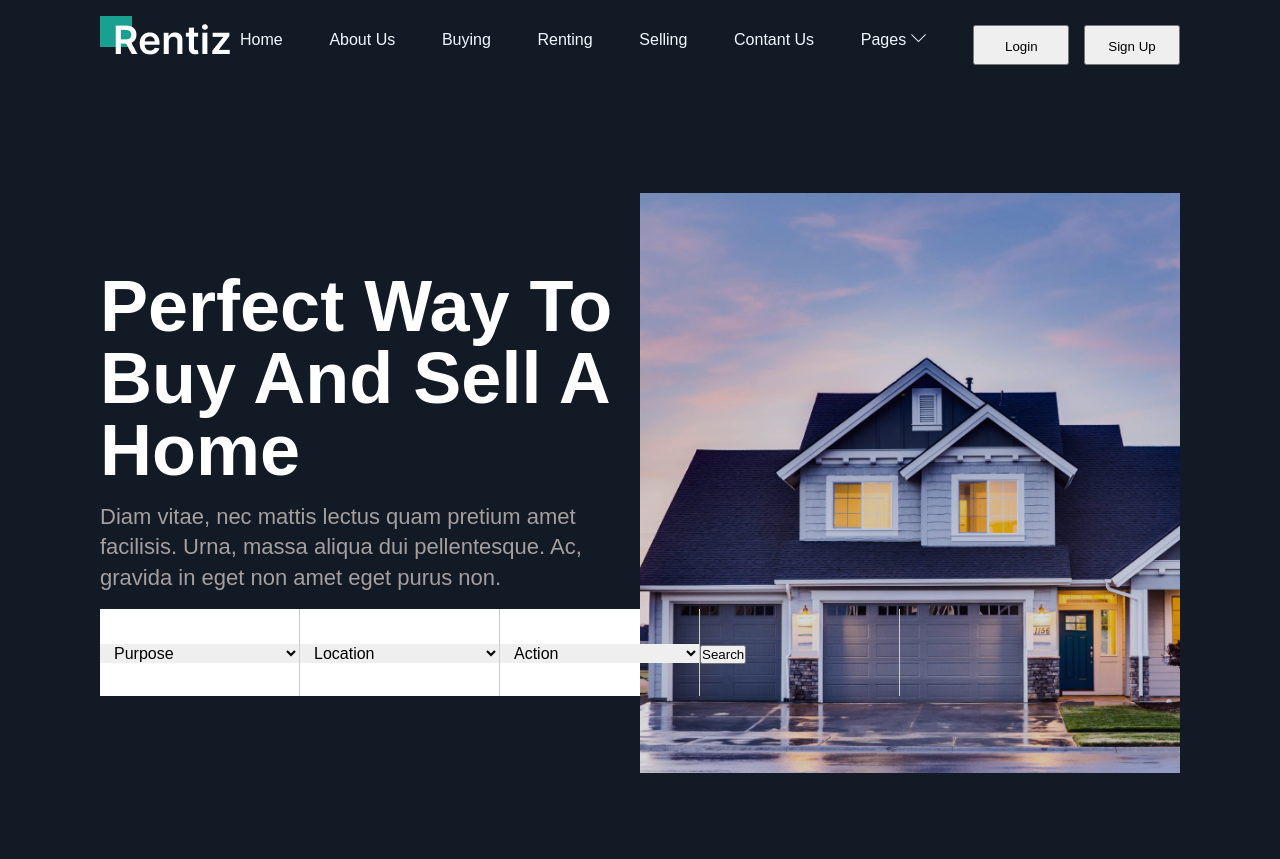
Repository: tung1233hhhhhhhhhhhhh/WebClone-Home
Page: index.html
The author's editor kept a copy of each file at every save. The page is drawn from the files as they stood at one save, then again after a run of saves.
The browser window is 1280 px wide. The pictures show the whole page.

Above is the page before, as saved 2023-05-23 15:39:39.

### index.html
<!DOCTYPE html>
<html lang="en">

<head>
    <meta charset="UTF-8">
    <meta http-equiv="X-UA-Compatible" content="IE=edge">
    <meta name="viewport" content="width=device-width, initial-scale=1.0">
    <title>Document</title>
    <link rel="stylesheet" href="./assets/css/main.css">
    <link rel="stylesheet" href="./assets/css/root.css">
    <link rel="stylesheet" href="./assets/fonts/themify-icons/themify-icons.css">
</head>

<body>
    <div id="hearder">
        <div class="nav">
            <div class="nav-brand">
                <img src="./assets/img/logo.png" alt="">
            </div>
            <ul class="nav-list">
                <li><a href="">Home</a></li>
                <li><a href="">About Us</a></li>
                <li><a href="">Buying</a></li>
                <li><a href="">Renting</a> </li>
                <li><a href="">Selling</a> </li>
                <li><a href="">Contant Us</a> </li>
                <li><a href="">Pages
                        <i class="ti-angle-down"></i>
                    </a> </li>
                <li><button class="nav-btn-login">Login</button></li>
                <li><button class="nav-btn-signup">Sign Up</button></li>
            </ul>
        </div>
    </div>

    <!--billboard  -->

    <div id="billboard">
        <div class="container">
            <div class="main">
                <div class="billboard-text">
                    <h1>Perfect Way To Buy And Sell A Home</h1>
                    <p>Diam vitae, nec mattis lectus quam pretium amet facilisis. Urna, massa aliqua dui pellentesque.
                        Ac, gravida in eget non amet eget purus non.</p>
                    <div class="navbar-billboard">
                        <div class="container-billboard">

                            <div class="billboard-select">
                                <select name="" id="" class="form-select">
                                    <option value="">Purpose</option>
                                    <option value="">Buy</option>
                                    <option value="">Action</option>
                                    <option value="">Something else here</option>
                                </select>
                            </div>
                            <div class="billboard-select">
                                <select name="" id="" class="form-select">
                                    <option value="">Location</option>
                                    <option value="">Action</option>
                                    <option value="">Another action</option>
                                    <option value="">Something else here</option>
                                </select>
                            </div>
                            <div class="billboard-select">
                                <select name="" id="" class="form-select">
                                    <option value="">Action</option>
                                    <option value="">Another action</option>
                                    <option value="">Something else here</option>
                                    <option value="">Type</option>
                                </select>
                            </div>
                            <div class="billboard-btn">
                                <button class="btn-select">Search</button>
                            </div>
                        </div>
                    </div>
                </div>

                <div class="billboard-img"></div>

            </div>
        </div>
    </div>
</body>

</html>

### assets/css/main.css
* {
    margin: 0;
    padding: 0;
    box-sizing: border-box;
}

body {
    font-family: 'Work Sans', sans-serif;
    font-weight: 400;
    font-size: 19px;
    line-height: 1.6em;
    color: var(--body-text-color);
    background-color: var(--dark-color);
}


#hearder {
    width: 100%;
    height: 73px;
    padding: 8px 0;
}

#hearder .nav {
    max-width: 1536px;
    height: 73px;
    margin: 0 100px;
    display: flex;
    justify-content: space-between;
    align-items: center;
    z-index: 10;
}

#hearder .nav-brand {
    display: inline;
}

#hearder .nav-list {
    display: flex;
    flex-direction: row;
    width: 965px;
    justify-content: space-between;
}

#hearder .nav-list li {
    display: flex;
    flex-direction: row;
    list-style: none;
    padding: 8px;
    margin-right: 24px;
}

#hearder li a {
    text-decoration: none;
    font-size: 16px;
    color: aliceblue;
}

#hearder .nav-list button {
    width: 96px;
    height: 40px;
    padding: 12px 6px;
    margin-right: -32px;
}

/* billboard */

#billboard {
    width: 100%;
    height: 586px;
    margin-top: 120px;
    margin-bottom: 80px;
}

#billboard .container {
    height: 100%;
    margin: 0 100px;
}

#billboard .main {
    display: flex;
    flex-direction: row;
    justify-content: space-between;
    align-items: center;
}

#billboard .main .billboard-text {
    width: 50%;
}

#billboard .billboard-text h1 {
    text-transform: capitalize !important;
    line-height: 1;
    margin-bottom: 1rem;
    font-size: 72px;
}

#billboard .billboard-text p {
    font-size: 22px;
    font-weight: 300;
    font-family: 'Work Sans', sans-serif;
    color: var(--light-text-color);
    margin-bottom: 1rem;
}

#billboard .navbar-billboard {
    /* min-width: 782px; */
    display: flex;
    justify-content: space-between;
    padding: 0;
    background: #fff;
}

#billboard .navbar-billboard .container-billboard {
    display: flex;
    flex-wrap: inherit;
    align-items: center;
    justify-content: space-between;
    width: 860px;
    height: 87px;
    z-index: 1;
}

.navbar-billboard .form-select {
    border: none;
    width: 100%;
    padding: 0 10px;
    font-size: 1rem;
    font-weight: 400;
}

.navbar-billboard .billboard-select,
.billboard-btn {
    height: 100%;
    border-right: 1px solid #ccc;
    line-height: 87px;
    width: 200px;
}

#billboard .main .billboard-img {
    background: url("/assets/img/pexels-binyamin-mellish-106399\ 2.png") center / cover no-repeat;

    width: 636px;
    height: 580px;
}

### assets/css/root.css
:root {
    --accent-color: #1AA090;
    --dark-color: #121B25;
    --grey-color: #83898F;
    --body-text-color: #FFFFFF;
    --light-text-color: #a69f9f;
    --link-color: #092035;
}

Loaded but not shown: assets/fonts/themify-icons/themify-icons.css (common file)

After the next 2 saves:
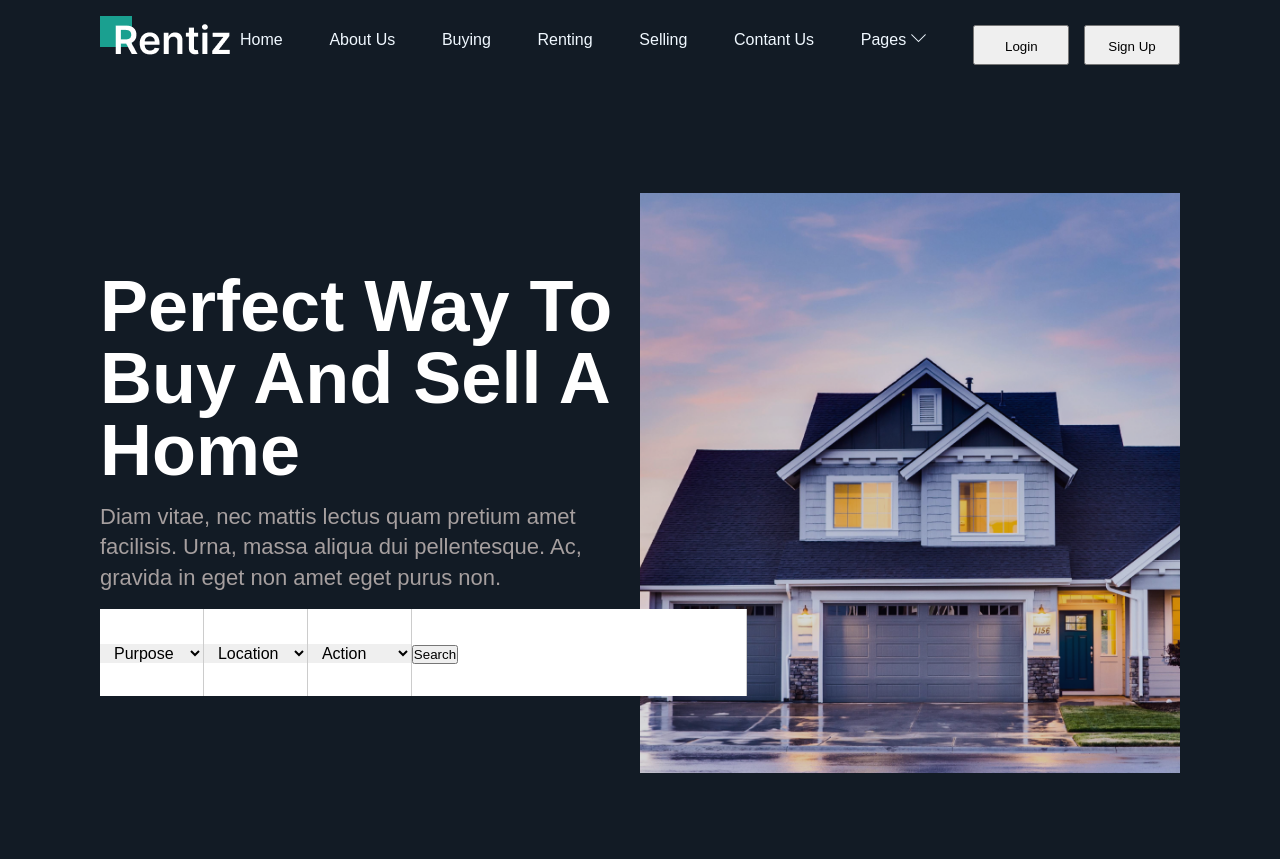
The 2 saves are shown as one change because they came seconds apart.
The last was saved 47 s later.
--- a/assets/css/main.css
+++ b/assets/css/main.css
@@ -136,6 +136,12 @@ body {
     width: 200px;
 }
 
+.navbar-billboard .billboard-btn {
+    width: 100%;
+    height: 100%;
+    background-color: #fff;
+}
+
 #billboard .main .billboard-img {
     background: url("/assets/img/pexels-binyamin-mellish-106399\ 2.png") center / cover no-repeat;
 
